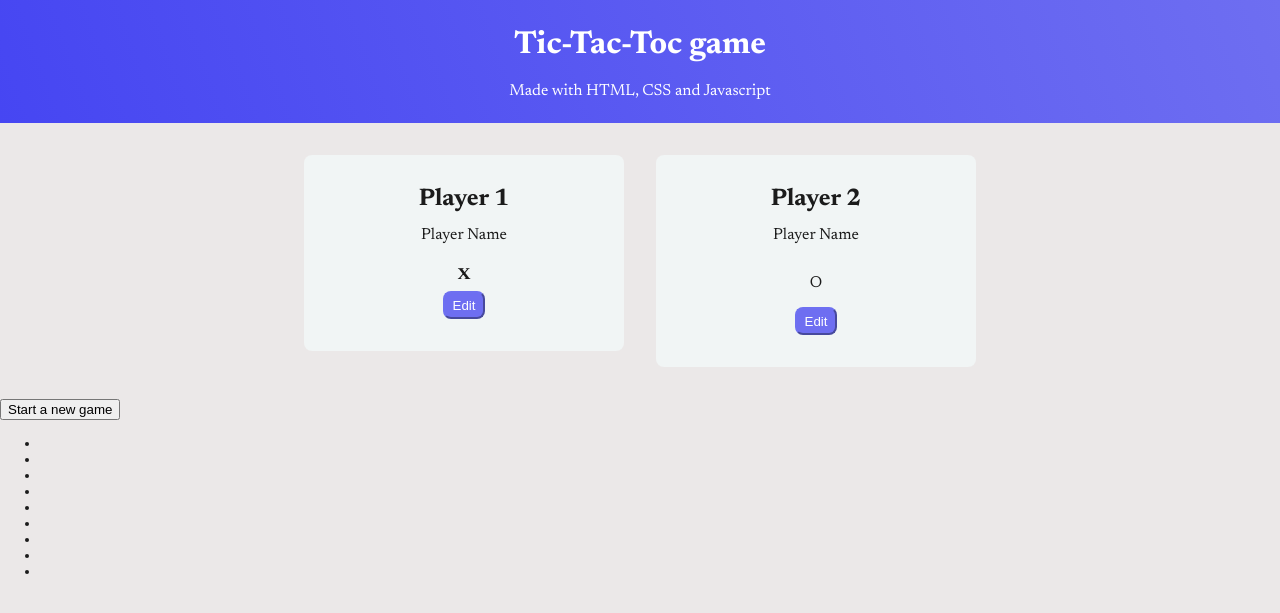
Repository: MicTomm/Tic-tac-toe-game
Page: index.html
These files come from the project's save history. The page is drawn as it stood at one moment and after the next save; the edit follows.
The browser window is 1280 px wide. The pictures show the whole page.

Above is the page before, as saved 2023-06-23 16:24:30.
Not found: js-code

### index.html
<!DOCTYPE html>
<html lang="en">

<head>
    <meta charset="UTF-8">
    <meta name="viewport" content="width=device-width, initial-scale=1.0">
    <title>Tic-Tac-Toe</title>
    <link rel="preconnect" href="https://fonts.googleapis.com">
    <link rel="preconnect" href="https://fonts.gstatic.com" crossorigin>
    <link href="https://fonts.googleapis.com/css2?family=Newsreader:wght@400;700&display=swap" rel="stylesheet">
    <link href="/styles/styles.css" rel="stylesheet">
    <link href="/styles/overlay.css" rel="stylesheet">
    <link href="/styles/configuration.css" rel="stylesheet">
    <script src="js-code" defer></script>
</head>

<body>
    <div class="back-drop" id="back-drop"></div>
    <header id="main-header">
        <h1>Tic-Tac-Toc game</h1>
        <p>Made with HTML, CSS and Javascript</p>
    </header>
    <main>
        <aside id="aside-container">
            <header id="id=" aside-header>
                <h2>Chose your name</h2>
            </header>
            <form>
                <div id="aside-input-container">
                    <label for="choosing-player-name">Player name</label>
                    <input type="text" id="choosing-player-name">
                </div>
                <div id="aside-buttons-container">
                    <button type="button" class="btn alternative-btn" id="cancel-btn">
                        <a href="/">Cancel</a>
                    </button>
                    <button type="submit" class="btn">Confirm</button>
                </div>
            </form>
        </aside>
        <section id="game-configuration">
            <article>
                <div id="player1-container">
                    <h2>Player 1</h2>
                    <p>Player Name</p>
                    <p class="symbol">X</p>
                    <button id="edit-p1-btn" class="btn">Edit</button>
                </div>
            </article>
            <article>
                <div id="player2-container">
                    <h2>Player 2</h2>
                    <p>Player Name</p>
                    <p>O</p>
                    <button id="edit-p2-btn" class="btn">
                        <a href="#aside-container">Edit</a>
                    </button>
                </div>
            </article>
        </section>
        <section id="game-execution">
            <button type="button">Start a new game</button>
            <ul>
                <li></li>
                <li></li>
                <li></li>

                <li></li>
                <li></li>
                <li></li>

                <li></li>
                <li></li>
                <li></li>
            </ul>
        </section>
    </main>

</body>

</html>

### styles/styles.css
body{
    margin: 0;
    background-color: rgb(235, 232, 232);
    font-family: 'Newsreader', serif;
    color: rgb(27, 27, 27);
}

a{
    text-decoration: none;
    color: white;
}

#cancel-btn a{
    color: rgb(27, 27, 27);
}

#main-header{
    background: linear-gradient(70deg, rgb(70, 70, 242), rgb(110, 110, 241));
    color: white;
    padding: 0.5rem 5%;
    text-align: center;
}

.btn{
    background-color: rgb(110, 110, 241);
    border-color: rgb(110, 112, 241);
    color: white;
    border-radius: 8px;
    padding: 0.3rem 0.5rem;
}

.alternative-btn{
    background-color: rgb(223, 223, 239);
    border-color: transparent;
    color: rgb(27, 27, 27);
    margin: 0.5rem;
}

.btn:hover{
    background-color:  rgb(127, 127, 233);
    box-shadow: 1px 1px 2px rgb(27, 27, 27);
}

.alternative-btn:hover{
    background-color: rgb(210, 210, 235);
    border-color: rgb(205, 205, 233);
}

aside h2,
aside label{
    color: rgb(110, 110, 241);
    text-shadow: .5px .5px 1px rgb(27, 27, 27, 0.5);
}

form label{
    display: block;
    margin-bottom: .5rem;
}

form input{
    padding: .3rem;
    border-color: transparent;
    border-radius: 8px;
    font-family: inherit;
}

form input:hover,
form input:focus {
    outline: rgb(110, 110, 241) auto 1px;
}

form #aside-buttons-container{
    display: flex;
    flex-flow: row;
    justify-content: center;
    align-items: center;
    margin: .5rem;
}

### styles/overlay.css
#aside-container {
    text-align: center;
    background-color: rgb(241, 245, 245);
    width: 90%;
    margin: 0rem auto;
    border-radius: .6rem;
    padding: .5rem 0rem;
    display: none;
    position: fixed;
    top: 25%;
    left: 5%;
}

#aside-container:target,
#back-drop:target {
    display: block;
}

.back-drop {
    background-color: rgb(168, 157, 157, 0.5);
    width: 100%;
    height: 100%;
    position: fixed;
    display: none;
}

aside h2,
aside label {
    color: rgb(110, 110, 241);
    text-shadow: .5px .5px 1px rgb(27, 27, 27, 0.5);
}

form label {
    display: block;
    margin-bottom: .5rem;
}

form input {
    padding: .3rem;
    border-color: transparent;
    border-radius: 8px;
    font-family: inherit;
    font-weight: 700;
    color: rgb(27, 27, 27, 0.7);
    text-align: center;
}

form input:hover,
form input:focus {
    outline: rgb(110, 110, 241) auto 1px;
}

form #aside-buttons-container {
    display: flex;
    flex-flow: row;
    justify-content: center;
    align-items: center;
    margin: .5rem;
}

@media (min-width: 48rem) {

    #aside-container {
        position: fixed;
        top: 25%;
        left: calc(50% - 20rem);
        width: 40rem;
    }

}

### styles/configuration.css
#game-configuration{
    display: flex;
    flex-flow: row;
    justify-content: center;
    margin: 2rem;
}

#game-configuration h2{
    margin: 0rem;
}

#game-configuration .symbol{
    margin: .5rem;
    font-weight: 700;
}

#player1-container,
#player2-container{
    background-color: rgb(241, 245, 245);
    margin: 0rem 1rem;
    padding: 2rem 0rem;
    display: flex;
    flex-flow: column;
    justify-content: center;
    align-items: center;
    width: 20rem;
    border-radius: 8px;
}

After the next save:
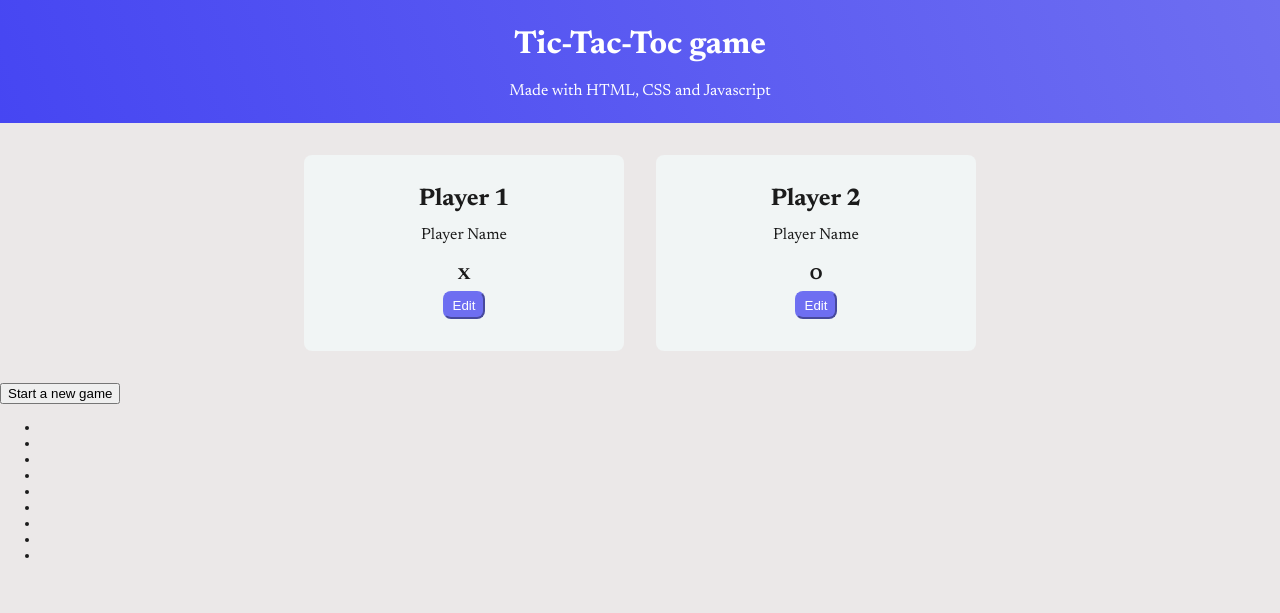
Saved 23 s later.
--- a/index.html
+++ b/index.html
@@ -51,7 +51,7 @@
                 <div id="player2-container">
                     <h2>Player 2</h2>
                     <p>Player Name</p>
-                    <p>O</p>
+                    <p class="symbol">O</p>
                     <button id="edit-p2-btn" class="btn">
                         <a href="#aside-container">Edit</a>
                     </button>
